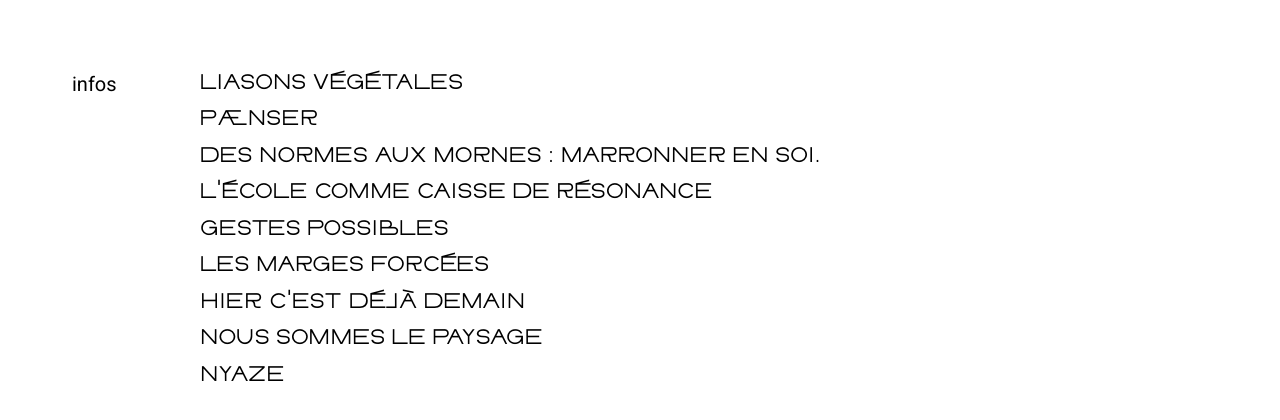
Repository: brunrhb/oce-p
Page: index.html
These files come from the project's save history. The page is drawn as it stood at one moment and after the next save; the edit follows.
The browser window is 1280 px wide. The pictures show the whole page.

Above is the page before, as saved 2026-02-12 22:42:56.
Console error: ReferenceError: grid is not defined

After the next save:
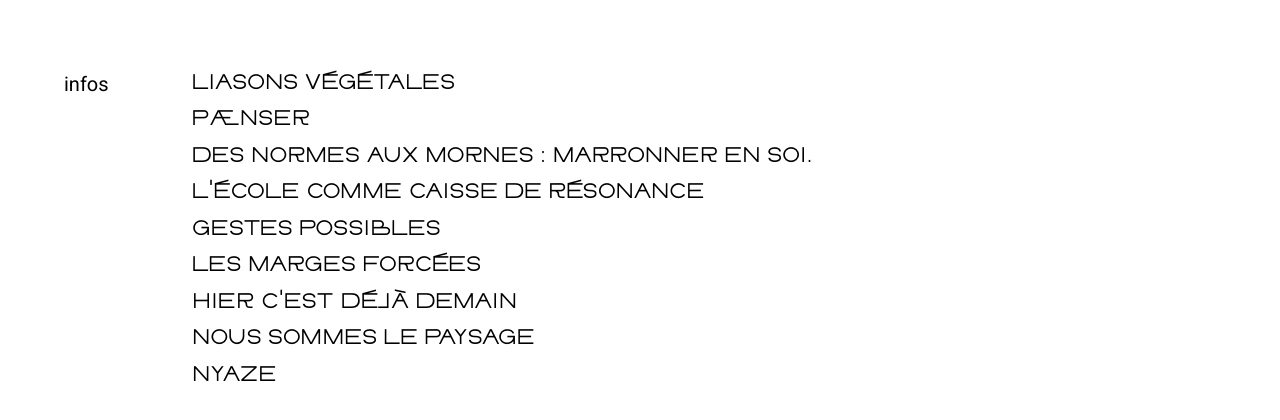
Saved 11 s later.
--- a/styles.css
+++ b/styles.css
@@ -1,4 +1,5 @@
 
+html, body { margin: 0; overflow-x: hidden; }
 
 
 /* #region MAIN LAYOUT options */
